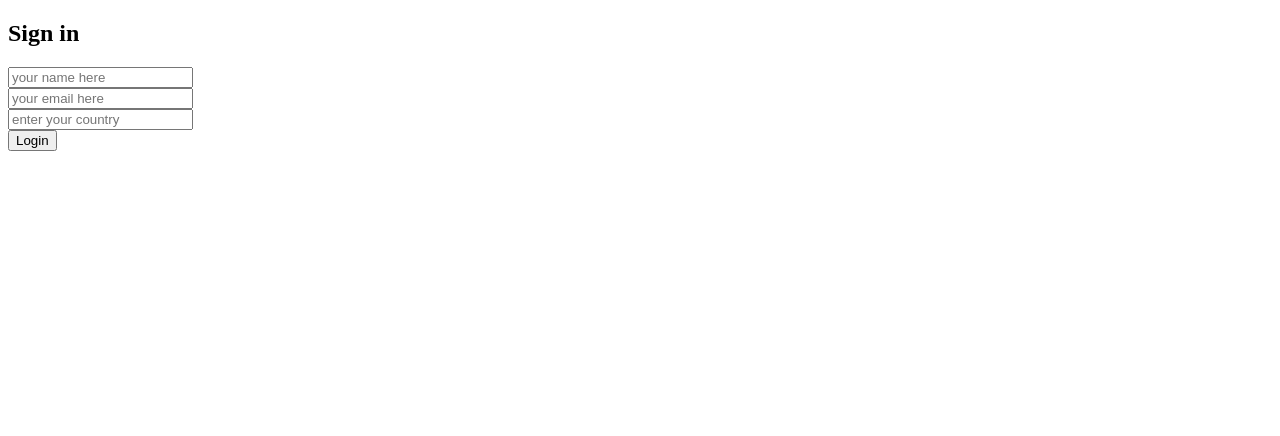
Repository: mubashirkhan1/Corejsvs__Programs
Page: basicprogram/TestWeb/WebContent/crud1.html
An editor plug-in stored every save of this project. The page is shown before and after the next save, followed by the edit.
The browser window is 1280 px wide. The pictures show the whole page.

Above is the page before, as saved 2021-03-11 00:11:23.

After the next save:
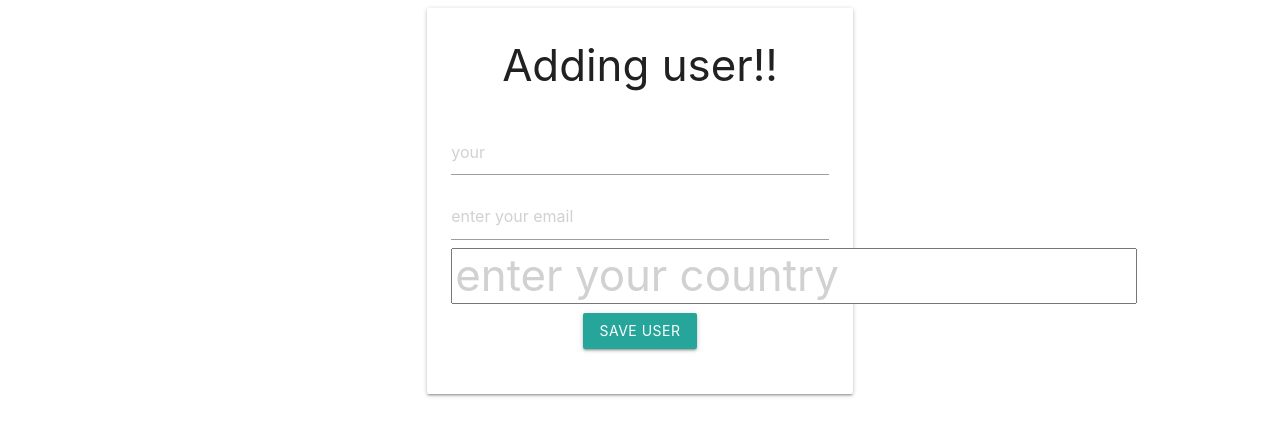
Saved 11 min 3 s later.
--- a/basicprogram/TestWeb/WebContent/crud1.html
+++ b/basicprogram/TestWeb/WebContent/crud1.html
@@ -8,30 +8,29 @@
 
 
 
-<div class="login">
-  <div class="heading">
-    <h2>Sign in</h2>
-    <form action="">
+    <!-- Compiled and minified CSS -->
+    <link rel="stylesheet" href="https://cdnjs.cloudflare.com/ajax/libs/materialize/1.0.0/css/materialize.min.css">
 
-      <div class="input-group input-group-lg">
-        <span class="input-group-addon"><i class="fa fa-user"></i></span>
-        <input type="text" class="form-control" placeholder="your name here">
-          </div>
+    <!-- Compiled and minified JavaScript -->
+    <script src="https://cdnjs.cloudflare.com/ajax/libs/materialize/1.0.0/js/materialize.min.js"></script>
 
-        <div class="input-group input-group-lg">
-           <input type="text" class="form-control" placeholder="your email here">
-          </div>
+</head>
+<body>
+<div class="container">
+	<div class="row">
+		<div class="col m6  offset-m3">
 
+		 <div class="card">
 
-        <div class="input-group input-group-lg">
-          <span class="input-group-addon"><i class="fa fa-lock"></i></span>
-          <input type="country" class="form-control" placeholder="enter your country">
-        </div>
-
-        <button type="submit" class="float">Login</button>
-       </form>
- 		</div>
- </div>
+		<div class="card-content">
+		<h3 style="margin-top:10px;" class ="center">Adding user!!<h3>
+		<div class="form center-align">
+			<form action=>
+				<input type="text" name="username" placeholder=your>
+					<input type="text" name="email" placeholder="enter your email">
+					<input type="country" name="useremail" placeholder="enter your country">
+						<button type="submit"  class="btn" > save user</button>
+					</form>
 
 </body>
 </html>
